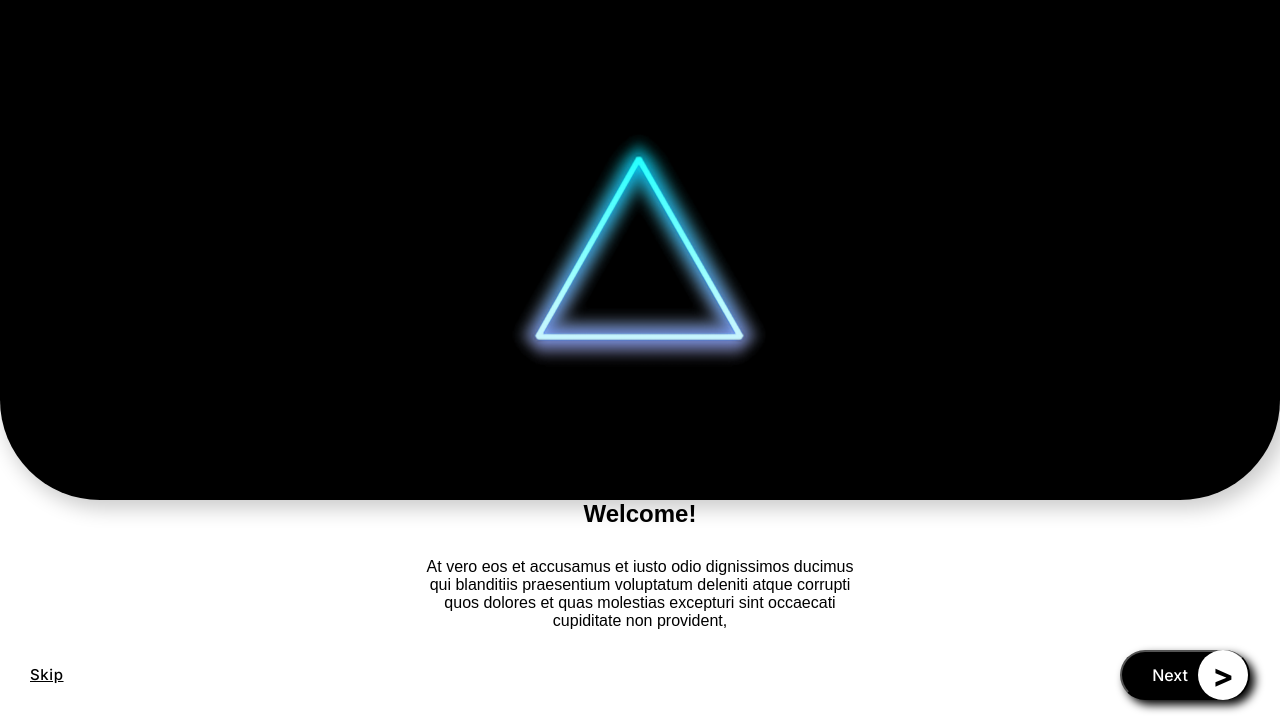
Repository: Cherced/virtualassistant
Page: /Welcome
These files come from the project's save history. The page is drawn as it stood at one moment and after the next save; the edit follows.
The browser window is 1280 px wide. The pictures show the whole page.
The project was rebuilt for these pictures with package versions that can differ from the ones it lists, and the page was loaded fresh each time. The framework's server and built-in components were replaced by stand-ins that run in the browser.

Above is the page before, as saved 2022-07-14 14:05:21.

After the next save:
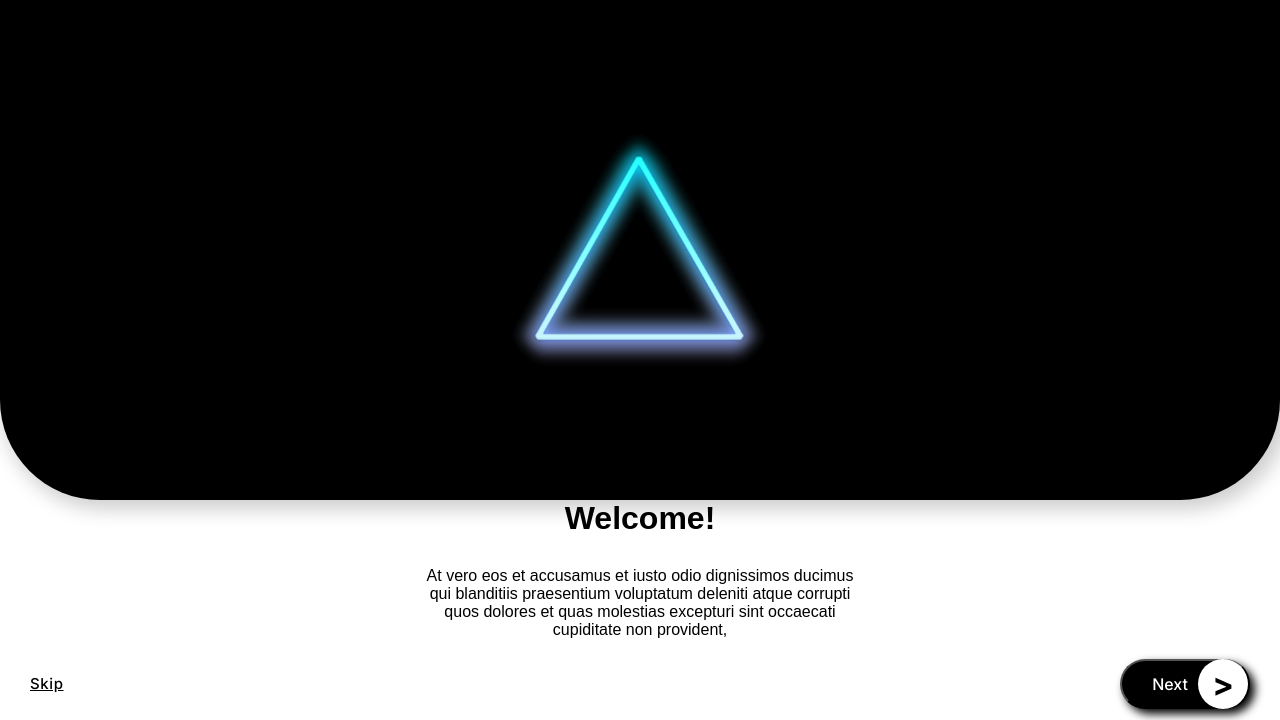
Saved 2 min 41 s later.
--- a/components/atoms/Carrousels/Instructions.jsx
+++ b/components/atoms/Carrousels/Instructions.jsx
@@ -2,7 +2,7 @@
 
 export const Instructions = () => {
   return (
-    <section className="carrousel" aria-label="carrousel" >
+    <div className="carrousel" aria-label="carrousel" >
         <ul className="carrousel__list" id="slider">
             <li className="carrousel__list--item">
                 <h1 className="carrousel__item--title">
@@ -21,6 +21,6 @@
                 </p>
             </li>
         </ul>
-    </section>
+    </div>
   )
 }
